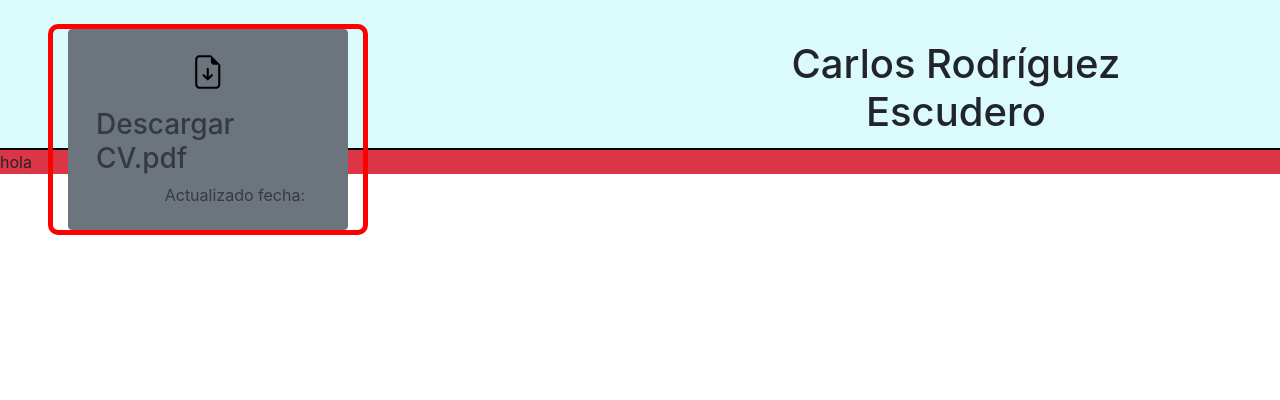
Repository: CarlosRoEs/CarlosWebCV
Page: index.html
These files come from the project's save history. The page is drawn as it stood at one moment and after a run of saves; the edit follows.
The browser window is 1280 px wide. The pictures show the whole page.
The style sheet was rebuilt from its Sass, Less or Tailwind sources for each picture, by a compiler version that may differ from the author's.

Above is the page before, as saved 2020-09-15 15:54:18.

After the next 4 saves:
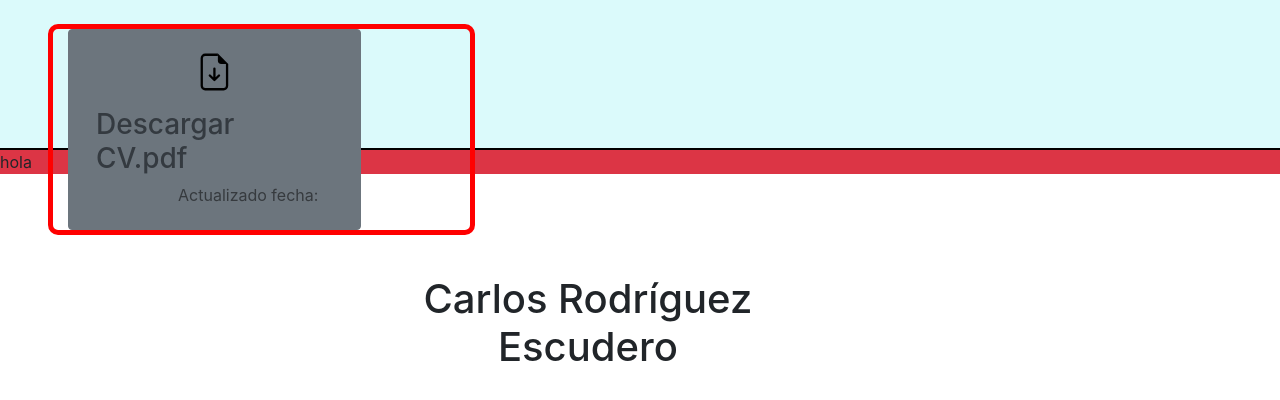
The 4 saves are shown as one change because they came seconds apart.
The last was saved 55 s later.
--- a/index.html
+++ b/index.html
@@ -16,7 +16,7 @@
             <header id="header" class="col-12">
                 <div id="row-a-header" class="row">
 
-                            <a href="https://www.sport.es/es/" id="a-header" class="col-3 text-decoration-none d-flex flex-row flex-wrap mt-4 ml-5">
+                            <a href="https://www.sport.es/es/" id="a-header" class="col-4 text-decoration-none d-flex flex-row flex-wrap mt-4 ml-5">
                                 <button type="button" class="btn btn-secondary" data-toggle="tooltip" data-placement="top" title="Tooltip on top">
                                     <svg width="40px" height="40px" viewBox="0 0 16 16" class="bi bi-file-earmark-arrow-down col-3 mt-3" fill="dark" xmlns="http://www.w3.org/2000/svg">
                                         <path d="M4 0h5.5v1H4a1 1 0 0 0-1 1v12a1 1 0 0 0 1 1h8a1 1 0 0 0 1-1V4.5h1V14a2 2 0 0 1-2 2H4a2 2 0 0 1-2-2V2a2 2 0 0 1 2-2z" />
